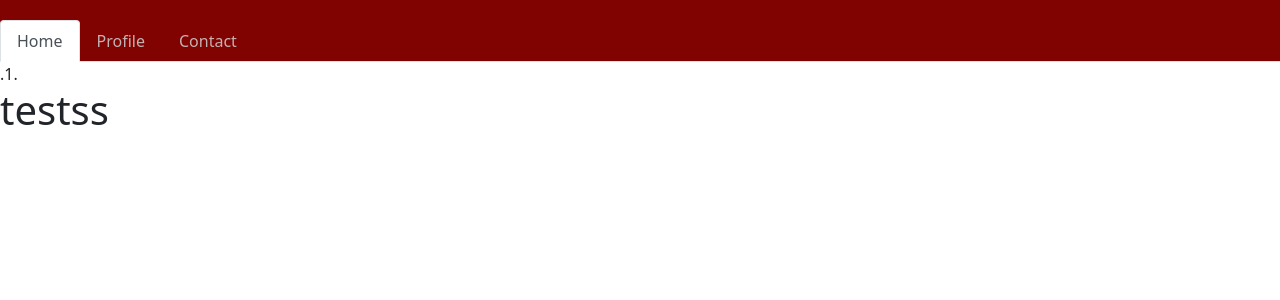
Repository: WaiMaungMaung/Mgr-site
Page: http://localhost/
These files come from the project's save history. The page is drawn as it stood at one moment and after the next save; the edit follows.
The browser window is 1280 px wide. The pictures show the whole page.
The page is served by the project's Laravel application, run on PHP 8.4 with Laravel 9. Other server files are loaded and not shown.

Above is the page before, as saved 2022-04-06 09:27:20.

### resources/views/welcome.blade.php
@extends('layouts.app')
<div id="container">
    <ul class="nav nav-tabs home" id="myTab" role="tablist">
        <li class="nav-item" role="presentation">
            <button class="nav-link active sub-nav" id="home-tab" data-bs-toggle="tab" data-bs-target="#home"
                type="button" role="tab" aria-controls="home" aria-selected="true">Home</button>
        </li>
        <li class="nav-item" role="presentation">
            <button class="nav-link sub-nav" id="profile-tab" data-bs-toggle="tab" data-bs-target="#profile"
                type="button" role="tab" aria-controls="profile" aria-selected="false">Profile</button>
        </li>
        <li class="nav-item" role="presentation">
            <button class="nav-link sub-nav" id="contact-tab" data-bs-toggle="tab" data-bs-target="#contact"
                type="button" role="tab" aria-controls="contact" aria-selected="false">Contact</button>
        </li>
    </ul>
    <div class="tab-content" id="myTabContent">
        <div class="tab-pane fade show active" id="home" role="tabpanel" aria-labelledby="home-tab">.1.</div>
        <div class="tab-pane fade" id="profile" role="tabpanel" aria-labelledby="profile-tab">.2.</div>
        <div class="tab-pane fade" id="contact" role="tabpanel" aria-labelledby="contact-tab">.3.</div>
    </div>

</div>

### resources/views/layouts/app.blade.php
<!doctype html>
<html lang="en">

<head>
    <!-- Required meta tags -->
    <meta charset="utf-8">
    <meta name="viewport" content="width=device-width, initial-scale=1">

    <!-- Bootstrap CSS -->


    <link href="https://cdn.jsdelivr.net/npm/bootstrap@5.1.3/dist/css/bootstrap.min.css" rel="stylesheet"
        integrity="sha384-1BmE4kWBq78iYhFldvKuhfTAU6auU8tT94WrHftjDbrCEXSU1oBoqyl2QvZ6jIW3" crossorigin="anonymous">

    <title>Hello, world!</title>
    <style type="text/css">
        .home {
            background: #800201;
            padding-top: 20px;
            color: white;
        }

        .sub-nav {
            color: rgb(194, 178, 178);

        }

        .sub-nav:hover {
            color: rgb(255, 255, 255);
        }

    </style>
</head>

<body>
    <h1>testss</h1>
    <!-- Optional JavaScript; choose one of the two! -->

    <!-- Option 1: Bootstrap Bundle with Popper -->
    <script src="https://cdn.jsdelivr.net/npm/bootstrap@5.1.3/dist/js/bootstrap.bundle.min.js"
        integrity="sha384-ka7Sk0Gln4gmtz2MlQnikT1wXgYsOg+OMhuP+IlRH9sENBO0LRn5q+8nbTov4+1p" crossorigin="anonymous">
    </script>

    <!-- Option 2: Separate Popper and Bootstrap JS -->
    <!--
    <script src="https://cdn.jsdelivr.net/npm/@popperjs/core@2.10.2/dist/umd/popper.min.js"
        integrity="sha384-7+zCNj/IqJ95wo16oMtfsKbZ9ccEh31eOz1HGyDuCQ6wgnyJNSYdrPa03rtR1zdB" crossorigin="anonymous">
    </script>
    <script src="https://cdn.jsdelivr.net/npm/bootstrap@5.1.3/dist/js/bootstrap.min.js"
        integrity="sha384-QJHtvGhmr9XOIpI6YVutG+2QOK9T+ZnN4kzFN1RtK3zEFEIsxhlmWl5/YESvpZ13" crossorigin="anonymous">
    </script>
    -->
    @yield('content')
</body>

</html>

Loaded but not shown: routes/web.php (common file)

After the next save:
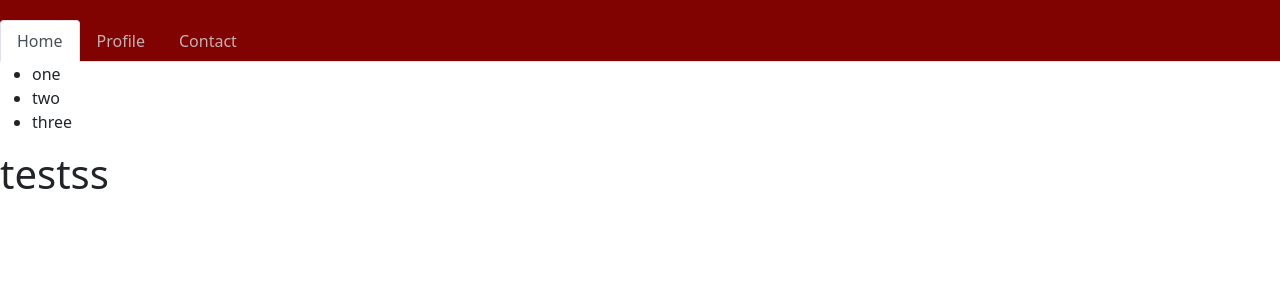
Saved 43 s later.
--- a/resources/views/welcome.blade.php
+++ b/resources/views/welcome.blade.php
@@ -15,7 +15,14 @@
         </li>
     </ul>
     <div class="tab-content" id="myTabContent">
-        <div class="tab-pane fade show active" id="home" role="tabpanel" aria-labelledby="home-tab">.1.</div>
+        <div class="tab-pane fade show active" id="home" role="tabpanel" aria-labelledby="home-tab">
+
+            <ul>
+                <li>one</li>
+                <li>two</li>
+                <li>three</li>
+            </ul>
+        </div>
         <div class="tab-pane fade" id="profile" role="tabpanel" aria-labelledby="profile-tab">.2.</div>
         <div class="tab-pane fade" id="contact" role="tabpanel" aria-labelledby="contact-tab">.3.</div>
     </div>
